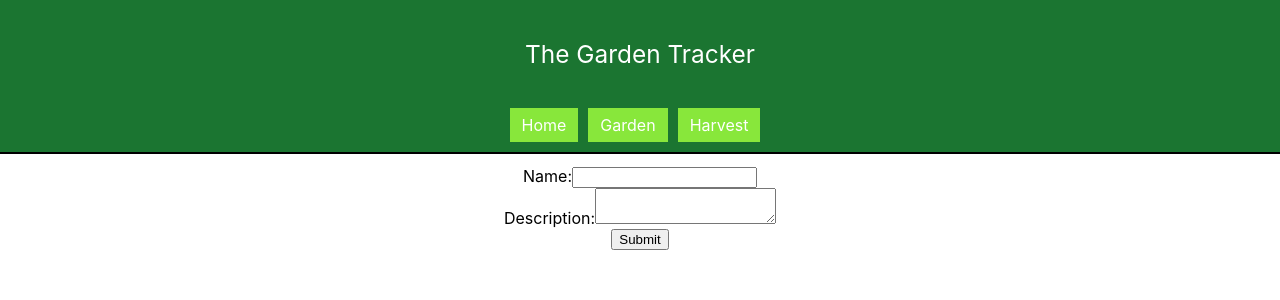
Repository: charliejp0311/ReactReduxFinal
Page: /garden (app in gardentracker/)
These files come from the project's save history. The page is drawn as it stood at one moment and after the next save; the edit follows.
The browser window is 1280 px wide. The pictures show the whole page.
The page's requests for data from a server got no answer. The project was rebuilt for these pictures with package versions that can differ from the ones it lists, and the page was loaded fresh each time. No one was signed in, and anything a server would have sent is missing. Also part of the build but not shown: gardentracker/src/containers/GardenbookContainer.js, gardentracker/src/components/GardenPlant.js, gardentracker/src/components/HarvestPlant.js, gardentracker/src/containers/HarvestContainer.js, gardentracker/src/components/UpdatePlantForm.js, gardentracker/src/components/NoteForm.js, gardentracker/src/components/noteList.js, gardentracker/src/containers/PlantContainer.js and 1 more.

Above is the page before, as saved 2020-11-09 12:21:32.

After the next save:
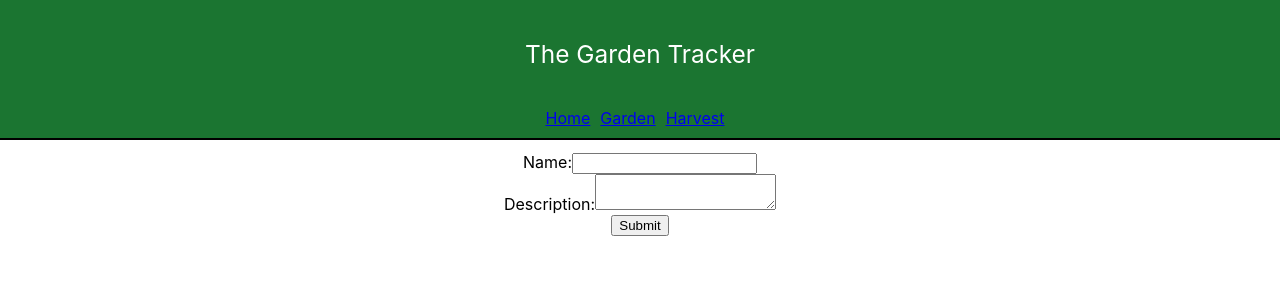
Saved 62 s later.
--- a/gardentracker/src/App.css
+++ b/gardentracker/src/App.css
@@ -47,8 +47,8 @@
   border-radius: 10px;
 }
 
-a:link,
-a:visited {
+a:link.navBar,
+a:visited.navBar {
   background-color: #88e73b;
   color: white;
   padding: 7px 12px;
@@ -57,8 +57,8 @@
   display: inline-block;
 }
 
-a:hover,
-a:active {
+a:hover.navBar,
+a:active.navBar {
   background-color: #1b7531;
 }
 

After the 2 saves that followed:
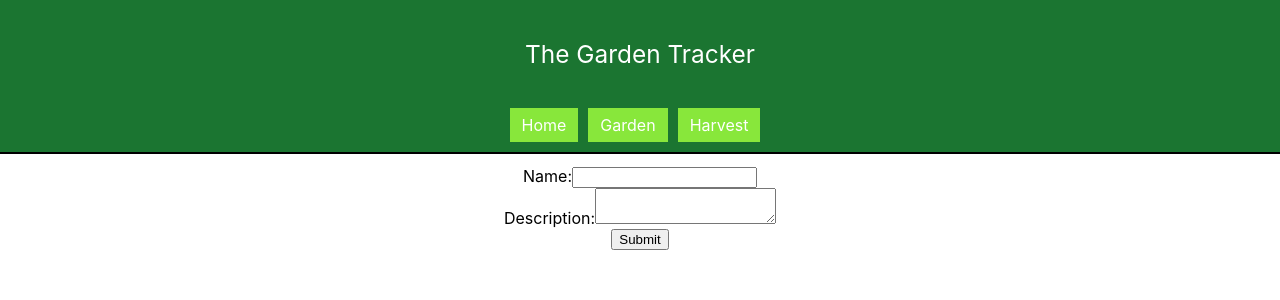
The 2 saves are shown as one change because 1 left the picture as it was.
The last was saved 74 s later.
--- a/gardentracker/src/App.css
+++ b/gardentracker/src/App.css
@@ -47,8 +47,8 @@
   border-radius: 10px;
 }
 
-a:link.navBar,
-a:visited.navBar {
+.navBar a:link,
+.navBar a:visited {
   background-color: #88e73b;
   color: white;
   padding: 7px 12px;
@@ -57,8 +57,8 @@
   display: inline-block;
 }
 
-a:hover.navBar,
-a:active.navBar {
+.navBar a:hover,
+.navBar a:active {
   background-color: #1b7531;
 }
 
